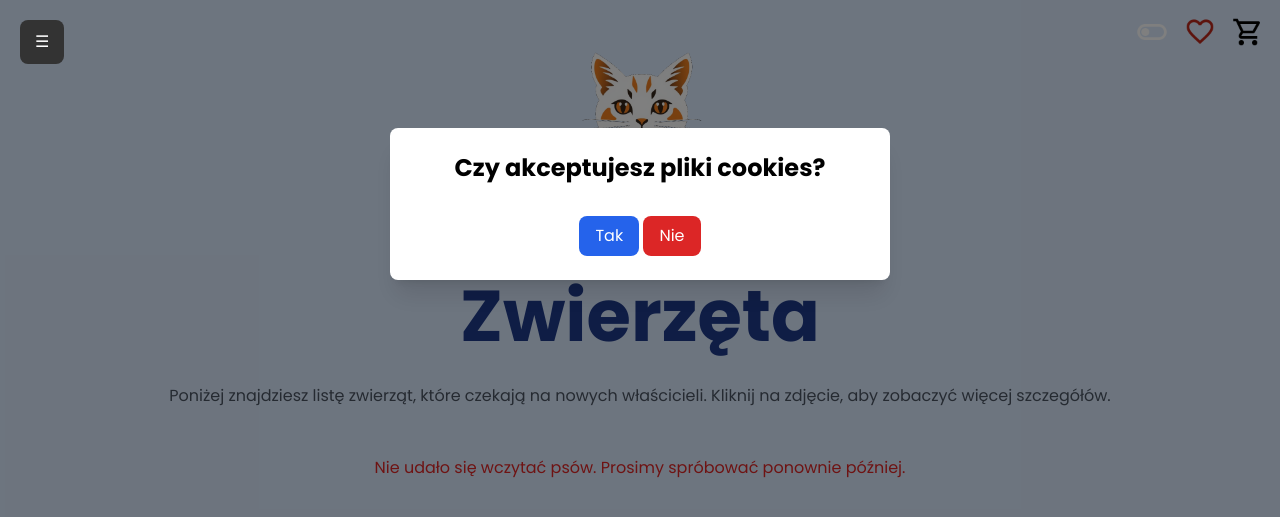
Repository: JMatuszczakk/CWLBD
Page: frontend_public/index.html
The author's editor kept a copy of each file at every save. The page is drawn from the files as they stood at one save, then again after the next save.
The browser window is 1280 px wide. The pictures show the whole page.
The page's requests for data from a server got no answer. Some web libraries are served in a nearby version.

Above is the page before, as saved 2025-02-07 23:13:10.

### frontend_public/index.html
<!DOCTYPE html>
<html lang="pl">

<head>
    <meta charset="UTF-8">
    <meta name="viewport" content="width=device-width, initial-scale=1.0">
    <title>CWLB</title>
    <script src="https://cdn.tailwindcss.com"></script>
    <style>
        @import url('https://fonts.googleapis.com/css2?family=Poppins:wght@400;700&display=swap');

        body {
            font-family: 'Poppins', sans-serif;
            transition: background-color 0.5s, color 0.5s;
        }

        .modal {
            display: none;
            position: fixed;
            z-index: 1000;
            left: 0;
            top: 0;
            width: 100%;
            height: 100%;
            overflow: auto;
            background-color: rgba(0, 0, 0, 0.5);
            animation: fadeIn 0.5s;
        }

        .modal-content {
            background-color: #333333;
            margin: 10% auto;
            padding: 20px;
            border-radius: 8px;
            max-width: 500px;
            width: 90%;
            position: relative;
            animation: slideIn 0.5s;
        }

        .close-btn {
            color: #aaa;
            float: right;
            font-size: 28px;
            font-weight: bold;
            cursor: pointer;
        }

        #navbar {
            background-color: #333;
            position: fixed;
            top: -50px;
            width: 100%;
            transition: top 0.3s;
            animation: slideDown 0.5s;
        }

        #navbar a {
            float: left;
            display: block;
            color: white;
            text-align: center;
            padding: 15px;
            text-decoration: none;
        }

        #navbar a:hover {
            background-color: #ddd;
            color: black;
        }

        .dog-card {
            transition: transform 0.3s, box-shadow 0.3s;
        }

        .dog-card:hover {
            transform: scale(1.05);
            box-shadow: 0 10px 20px rgba(0, 0, 0, 0.2);
        }

        @keyframes fadeIn {
            from {
                opacity: 0;
            }

            to {
                opacity: 1;
            }
        }

        @keyframes slideIn {
            from {
                transform: translateY(-50px);
            }

            to {
                transform: translateY(0);
            }
        }

        @keyframes slideDown {
            from {
                top: -50px;
            }

            to {
                top: 0;
            }
        }

        #sidebar {
            position: fixed;
            top: 0;
            left: -250px;
            width: 250px;
            height: 100%;
            background-color: #333;
            transition: left 0.3s ease;
            z-index: 1000;
        }

        #sidebar:hover {
            left: 0;
        }

        #sidebar a {
            display: block;
            color: white;
            padding: 15px;
            text-decoration: none;
            text-align: center;
        }

        #sidebar a:hover {
            background-color: #575757;
        }

        #sidebar-toggle {
            position: fixed;
            top: 20px;
            left: 20px;
            background-color: #333;
            color: white;
            border: none;
            padding: 10px 15px;
            cursor: pointer;
            z-index: 1001;
            transition: background-color 0.3s ease;
        }

        #sidebar-toggle:hover {
            background-color: #575757;
        }

        /* Dynamiczne skalowanie dla mniejszych ekranów */
        @media (max-width: 768px) {
            h1 {
                font-size: 4rem;
                /* Zmniejsz rozmiar czcionki na mniejszych ekranach */
            }

            .container {
                padding: 1rem;
                /* Zmniejsz padding na mniejszych ekranach */
            }

            #dogs-gallery {
                grid-template-columns: repeat(2, 1fr);
                /* Zmień układ siatki na 2 kolumny */
            }

            .dog-info {
                padding: 1rem;
                /* Zmniejsz padding na mniejszych ekranach */
            }

            .dog-info h2 {
                font-size: 1.25rem;
                /* Zmniejsz rozmiar czcionki na mniejszych ekranach */
            }

            .dog-info p {
                font-size: 0.875rem;
                /* Zmniejsz rozmiar czcionki na mniejszych ekranach */
            }

            .modal-content {
                margin: 5% auto;
                /* Zmniejsz margines na mniejszych ekranach */
            }
        }

        @media (max-width: 480px) {
            h1 {
                font-size: 3rem;
                /* Jeszcze mniejszy rozmiar czcionki na bardzo małych ekranach */
            }

            #dogs-gallery {
                grid-template-columns: 1fr;
                /* Zmień układ siatki na 1 kolumnę */
            }

            .dog-info {
                padding: 0.5rem;
                /* Jeszcze mniejszy padding na bardzo małych ekranach */
            }

            .dog-info h2 {
                font-size: 1rem;
                /* Jeszcze mniejszy rozmiar czcionki na bardzo małych ekranach */
            }

            .dog-info p {
                font-size: 0.75rem;
                /* Jeszcze mniejszy rozmiar czcionki na bardzo małych ekranach */
            }

            .modal-content {
                margin: 2% auto;
                /* Jeszcze mniejszy margines na bardzo małych ekranach */
            }
        }
    </style>
</head>

<body class="bg-blue-100" id="body">
    <div id="sidebar">
        <a href="#">Strona Główna</a>
        <a href="#">O Nas</a>
        <a href="#">Usługi</a>
        <a href="#">Kontakt</a>
    </div>

    <button id="sidebar-toggle" class="fixed top-4 left-4 bg-blue-600 text-white px-4 py-2 rounded-lg z-1000">
        ☰
    </button>

    <div id="top-bar" class="fixed top-0 left-0 w-full bg-blue-600 text-white p-4 z-50">
        <h2 class="text-lg font-semibold">Top Bar</h2>
    </div>

    <div class="container mx-auto px-4 py-8 relative">
        <div class="text-center mb-2">
            <img src="/logo.png" alt="CWLB Logo" class="mx-auto w-80 h-auto">
        </div>
        <h1 class="text-7xl font-bold text-center mb-8 text-blue-900" id="title">Zwierzęta</h1>
        <p class="text-center text-gray-600 mb-12">
            Poniżej znajdziesz listę zwierząt, które czekają na nowych właścicieli. Kliknij na zdjęcie, aby zobaczyć
            więcej szczegółów.
        </p>
        <script>
            document.addEventListener('DOMContentLoaded', function () {
                const toggleImage = document.getElementById('toggle-image');
                const cartImage = document.getElementById('cart-image');
                const arrowImage = document.getElementById('arrow-image');
                const body = document.getElementById('body');
                const title = document.getElementById('title');
                const szczegoly = document.getElementById('dog-modal-details');
                const szczegoly_tekst = document.getElementById('dog-details');
                const ulubione_bg = document.getElementById('ulu-zwie');
                const ulubione_tekst = document.getElementById('ulu-zwie-tekst');
                const ulubione_tekst_maly = document.getElementById('favorite-animals-list');

                // Check for dark mode cookie
                if (getCookie('darkMode') === 'true') {
                    toggleImage.src = '/zmiana_c.png';
                    cartImage.src = '/wozek_c.png';
                    arrowImage.src = '/strzalka_c.png';
                    body.style.backgroundColor = '#041C32';
                    title.style.color = '#ECB365';

                    const dogInfoElements = document.querySelectorAll('.dog-info');
                    const dogInfoTextElements = document.querySelectorAll('.dog-info-text');
                    dogInfoElements.forEach(element => {
                        element.style.backgroundColor = '#064663';
                        element.style.color = '#ECB365';
                        element.classList.add('object-cover', 'rounded-b');
                    });
                    dogInfoTextElements.forEach(element => {
                        element.style.color = '#a7732a';
                    });
                    szczegoly.style.backgroundColor = '#064663';
                    szczegoly_tekst.style.color = '#ECB365';
                    ulubione_bg.style.backgroundColor = '#064663';
                    ulubione_tekst.style.Color = '#ECB365';
                    ulubione_tekst_maly.style.Color = '#ECB365';
                }

                toggleImage.addEventListener('click', function () {
                    const dogInfoElements = document.querySelectorAll('.dog-info');
                    const dogInfoTextElements = document.querySelectorAll('.dog-info-text');
                    if (toggleImage.src.includes('zmiana_b.png')) {
                        toggleImage.src = '/zmiana_c.png';
                        cartImage.src = '/wozek_c.png';
                        arrowImage.src = '/strzalka_c.png';
                        body.style.backgroundColor = '#041C32';
                        title.style.color = '#ECB365';

                        dogInfoElements.forEach(element => {
                            element.style.backgroundColor = '#064663';
                            element.style.color = '#ECB365';
                            element.classList.add('object-cover', 'rounded-b');
                        });
                        dogInfoTextElements.forEach(element => {
                            element.style.color = '#a7732a';
                        });
                        szczegoly.style.backgroundColor = '#064663';
                        szczegoly_tekst.style.color = '#ECB365';
                        ulubione_bg.style.backgroundColor = '#064663';
                        ulubione_tekst.style.color = '#ECB365';
                        ulubione_tekst_maly.style.color = '#ECB365';

                        setCookie('darkMode', 'true', 7);
                    } else {
                        toggleImage.src = '/zmiana_b.png';
                        cartImage.src = '/wozek.png';
                        arrowImage.src = '/strzalka_back.png';
                        body.style.backgroundColor = '#dbeafe';
                        title.style.color = '#1e3a8a';
                        dogInfoElements.forEach(element => {
                            element.style.backgroundColor = '#ffffff';
                            element.style.color = 'black';
                        });
                        dogInfoTextElements.forEach(element => {
                            element.style.color = 'black';
                            element.classList.remove('text-white');
                            element.classList.add('text-gray-600');
                        });
                        szczegoly.style.backgroundColor = 'white';
                        szczegoly_tekst.style.color = 'black';
                        ulubione_bg.style.backgroundColor = 'white';
                        ulubione_tekst.style.color = 'black';
                        ulubione_tekst_maly.style.color = 'black';

                        setCookie('darkMode', 'false', 7);
                    }
                });
            });
        </script>
        <script>
            function setCookie(name, value, days) {
                const d = new Date();
                d.setTime(d.getTime() + (days * 24 * 60 * 60 * 1000));
                const expires = "expires=" + d.toUTCString();
                document.cookie = name + "=" + value + ";" + expires + ";path=/";
            }

            function getCookie(name) {
                const cname = name + "=";
                const decodedCookie = decodeURIComponent(document.cookie);
                const ca = decodedCookie.split(';');
                for (let i = 0; i < ca.length; i++) {
                    let c = ca[i];
                    while (c.charAt(0) == ' ') {
                        c = c.substring(1);
                    }
                    if (c.indexOf(cname) == 0) {
                        return c.substring(cname.length, c.length);
                    }
                }
                return "";
            }
        </script>
        <div id="dogs-gallery" class="grid grid-cols-4 gap-4">
            <!-- Karty psów będą dodawane tutaj -->
        </div>
    </div>

    <!-- Modal ze szczegółami psa -->
    <div id="dog-modal" class="modal">
        <div class="modal-content bg-white rounded-lg shadow-xl p-6" id="dog-modal-details">
            <span class="close-btn">&times;</span>
            <div id="dog-details">
                <!-- Szczegóły psa zostaną dynamicznie wstawione tutaj -->
            </div>
        </div>
    </div>

    <!-- Cookie Consent Modal -->
    <div id="cookie-consent-modal" class="modal">
        <div class="modal-content bg-white rounded-lg shadow-xl p-6 text-center">
            <h2 class="text-2xl font-bold mb-4">Czy akceptujesz pliki cookies?</h2>
            <button id="accept-cookies"
                class="bg-blue-600 text-white px-4 py-2 rounded-lg mt-4 hover:bg-blue-700">Tak</button>
            <button id="reject-cookies"
                class="bg-red-600 text-white px-4 py-2 rounded-lg mt-4 hover:bg-red-700">Nie</button>
        </div>
    </div>

    <!-- Favorite Animals Modal -->
    <div id="favorite-animals-modal" class="modal">
        <div class="modal-content bg-white rounded-lg shadow-xl p-6" id="ulu-zwie">
            <span class="close-btn">&times;</span>
            <h1 class="text-2xl font-bold mb-4 text-black" id="ulu-zwie-tekst"> Ulubione Zwierzęta </h1>
            <div id="favorite-animals-list">
                <!-- Lista ulubionych zwierząt zostanie dynamicznie wstawiona tutaj -->
            </div>
        </div>
    </div>
    <div id="navbar">
        <div class="absolute top-4 left-4 flex space-x-4">
            <button>
                <img src="/strzalka_back.png" alt="strzalka_back" class="w-8 h-auto" id="arrow-image">
            </button>
        </div>
        <div class="absolute top-4 right-4 flex space-x-4">
            <button>
                <img src="/zmiana_b.png" alt="Serce" class="w-8 h-auto" id="toggle-image">
            </button>
            <button>
                <img src="/serce1.png" alt="Serce" class="w-8 h-auto" id="favorite-icon">
            </button>
            <button>
                <img src="/wozek.png" alt="wozek" class="w-8 h-auto" id="cart-image">
            </button>
        </div>

    </div>


    <script>
        document.addEventListener('DOMContentLoaded', function () {
            const galleryContainer = document.getElementById('dogs-gallery');
            const modal = document.getElementById('dog-modal');
            const modalDetails = document.getElementById('dog-details');
            const closeBtn = document.querySelector('.close-btn');
            const cookieConsentModal = document.getElementById('cookie-consent-modal');
            const acceptCookiesBtn = document.getElementById('accept-cookies');
            const rejectCookiesBtn = document.getElementById('reject-cookies');

            // Check for cookie consent
            if (!localStorage.getItem('cookieConsent')) {
                cookieConsentModal.style.display = 'block';
            }

            acceptCookiesBtn.addEventListener('click', () => {
                localStorage.setItem('cookieConsent', 'accepted');
                cookieConsentModal.style.display = 'none';
            });

            rejectCookiesBtn.addEventListener('click', () => {
                window.location.href = 'https://www.google.com';
            });

            fetch('https://api.cwlbelchatow.nl/api/dogs')
                .then(response => response.json())
                .then(dogs => {
                    // Stwórz karty psów
                    dogs.forEach(dog => {
                        const dogCard = document.createElement('div');
                        dogCard.className = 'bg-white rounded-lg shadow-md hover:shadow-xl transition-shadow cursor-pointer dog-card';
                        dogCard.innerHTML = `
                            <div class="p-0">
                                <img
                                    src="${dog.photo}"
                                    alt="${dog.name}"
                                    class="w-full h-64 object-cover rounded-t"
                                />
                            </div>
                            <div class="p-4 dog-info">
                                <h2 class="text-xl font-bold">${dog.name}</h2>
                                <p class="text-gray-600 dog-info-text">${dog.race} | ${dog.color}</p>
                            </div>
                        `;

                        // Dodaj event kliknięcia, aby pokazać szczegóły psa
                        dogCard.addEventListener('click', () => {
                            modalDetails.innerHTML = `
                                <h2 class="text-2xl font-bold mb-4">${dog.name}</h2>
                                <img
                                    src="${dog.photo}"
                                    alt="${dog.name}"
                                    class="w-full h-96 object-cover rounded-lg mb-4"
                                />
                                <div class="space-y-2 relative">
                                    <p><strong>Rasa:</strong> ${dog.race}</p>
                                    <p><strong>Kolor:</strong> ${dog.color}</p>
                                    <p><strong>Numer ID:</strong> ${dog.number}</p>
                                    <p><strong>Choroby:</strong> ${dog.illnesses || 'Zdrowy'}</p>
                                    <button class="absolute bottom-0 right-0 bg-blue-600 text-white px-4 py-2 rounded-lg mt-4 hover:bg-blue-700">Dodaj do koszyka</button>
                                    <button id="heartButton" class="absolute bottom-20 right-0 px-4 py-2 rounded-lg mt-4">
                                        <img id="heartImage" src="${localStorage.getItem('heart-' + dog.number) === 'true' ? '/serce1.png' : '/serce2.png'}" alt="Serce" class="w-8 h-auto">
                                    </button>
                                </div>
                            `;
                            modal.style.display = 'block';
                            // Zapisz stan polubienia psa w localStorage
                            document.getElementById('heartButton').addEventListener('click', function () {
                                var heartImage = document.getElementById('heartImage');
                                var isLiked = localStorage.getItem('heart-' + dog.number) === 'true';
                                var favouriteAnimals = JSON.parse(localStorage.getItem('favouriteAnimals')) || [];

                                if (isLiked) {
                                    heartImage.src = '/serce2.png';
                                    localStorage.setItem('heart-' + dog.number, 'false');
                                    favouriteAnimals = favouriteAnimals.filter(function (animal) {
                                        return animal !== dog.number;
                                    });
                                } else {
                                    heartImage.src = '/serce1.png';
                                    localStorage.setItem('heart-' + dog.number, 'true');
                                    if (!favouriteAnimals.includes(dog.number)) {
                                        favouriteAnimals.push(dog.number);
                                    }
                                }

                                localStorage.setItem('favouriteAnimals', JSON.stringify(favouriteAnimals));
                            });
                        });

                        galleryContainer.appendChild(dogCard);
                    });
                })
                .catch(error => {
                    console.error('Błąd podczas wczytywania psów:', error);
                    galleryContainer.innerHTML = `
                        <div class="col-span-full text-center text-red-600">
                            Nie udało się wczytać psów. Prosimy spróbować ponownie później.
                        </div>
                    `;
                });

            // Zamknij modal po kliknięciu przycisku zamknięcia
            closeBtn.addEventListener('click', () => {
                modal.style.display = 'none';
            });

            // Zamknij modal po kliknięciu poza nim
            window.addEventListener('click', (event) => {
                if (event.target === modal) {
                    modal.style.display = 'none';
                }
            });
        });

        document.addEventListener('DOMContentLoaded', function () {
            const favoriteIcon = document.getElementById('favorite-icon');
            const favoriteAnimalsModal = document.getElementById('favorite-animals-modal');
            const closeBtn = favoriteAnimalsModal.querySelector('.close-btn');
            const favoriteAnimalsList = document.getElementById('favorite-animals-list');

            favoriteIcon.addEventListener('click', function () {
                const favoriteAnimals = JSON.parse(localStorage.getItem('favoriteAnimals')) || [];
                favoriteAnimalsList.innerHTML = '';

                if (favoriteAnimals.length === 0) {
                    favoriteAnimalsList.innerHTML = '<p>Brak ulubionych zwierząt.</p>';
                } else {
                    favoriteAnimals.forEach(animal => {
                        const animalItem = document.createElement('div');
                        animalItem.textContent = animal;
                        favoriteAnimalsList.appendChild(animalItem);
                    });
                }

                favoriteAnimalsModal.style.display = 'block';
            });

            closeBtn.addEventListener('click', function () {
                favoriteAnimalsModal.style.display = 'none';
            });

            window.addEventListener('click', function (event) {
                if (event.target === favoriteAnimalsModal) {
                    favoriteAnimalsModal.style.display = 'none';
                }
            });
        });
        window.onscroll = function () { scrollFunction() };
        document.getElementById("navbar").style.top = "0"

    </script>
    <script>
        let prevScrollpos = window.pageYOffset;
        window.onscroll = () => {
            const currentScrollPos = window.pageYOffset;
            const bar = document.getElementById("top-bar");
            if (prevScrollpos > currentScrollPos) {
                bar.style.top = "0";
            } else {
                bar.style.top = "-60px";
            }
            prevScrollpos = currentScrollPos;
        };
    </script>
</body>

</html>

After the next save:
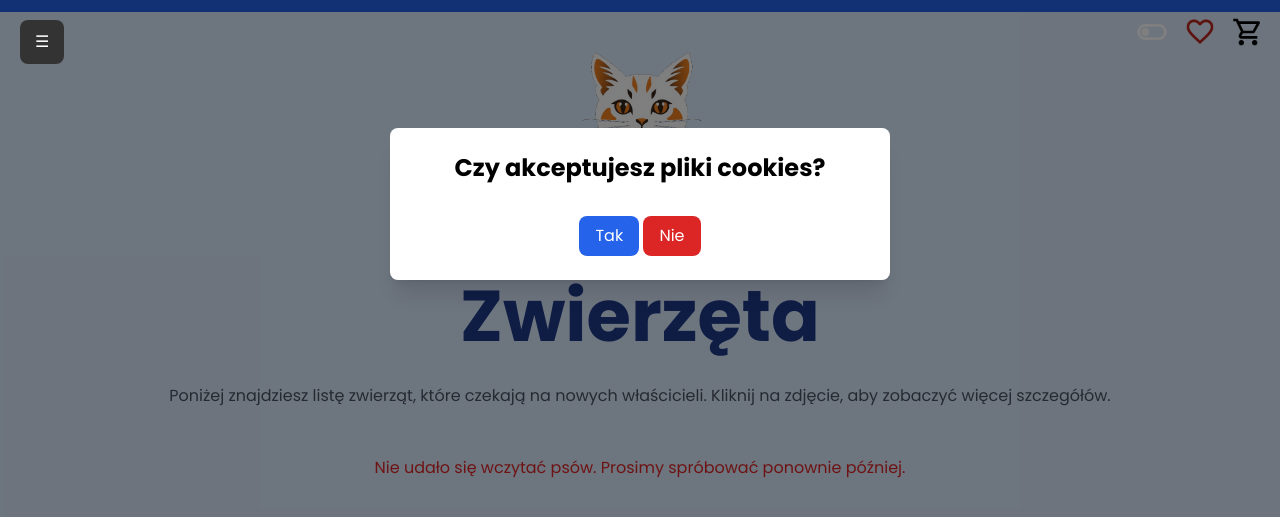
Saved 2 min 13 s later.
--- a/frontend_public/index.html
+++ b/frontend_public/index.html
@@ -236,9 +236,17 @@
         ☰
     </button>
 
-    <div id="top-bar" class="fixed top-0 left-0 w-full bg-blue-600 text-white p-4 z-50">
-        <h2 class="text-lg font-semibold">Top Bar</h2>
-    </div>
+    <div
+  id="top-bar"
+  class="fixed top-0 left-0 w-full bg-blue-600 text-white p-4 z-50 flex items-center justify-between"
+  style="transition: top 0.3s;"
+>
+  <h2 class="text-lg font-semibold">Dynamic Top Bar</h2>
+  <div>
+    <button class="bg-white text-blue-600 px-4 py-2 rounded mr-2 hover:bg-gray-200">Button 1</button>
+    <button class="bg-white text-blue-600 px-4 py-2 rounded hover:bg-gray-200">Button 2</button>
+  </div>
+</div>
 
     <div class="container mx-auto px-4 py-8 relative">
         <div class="text-center mb-2">
